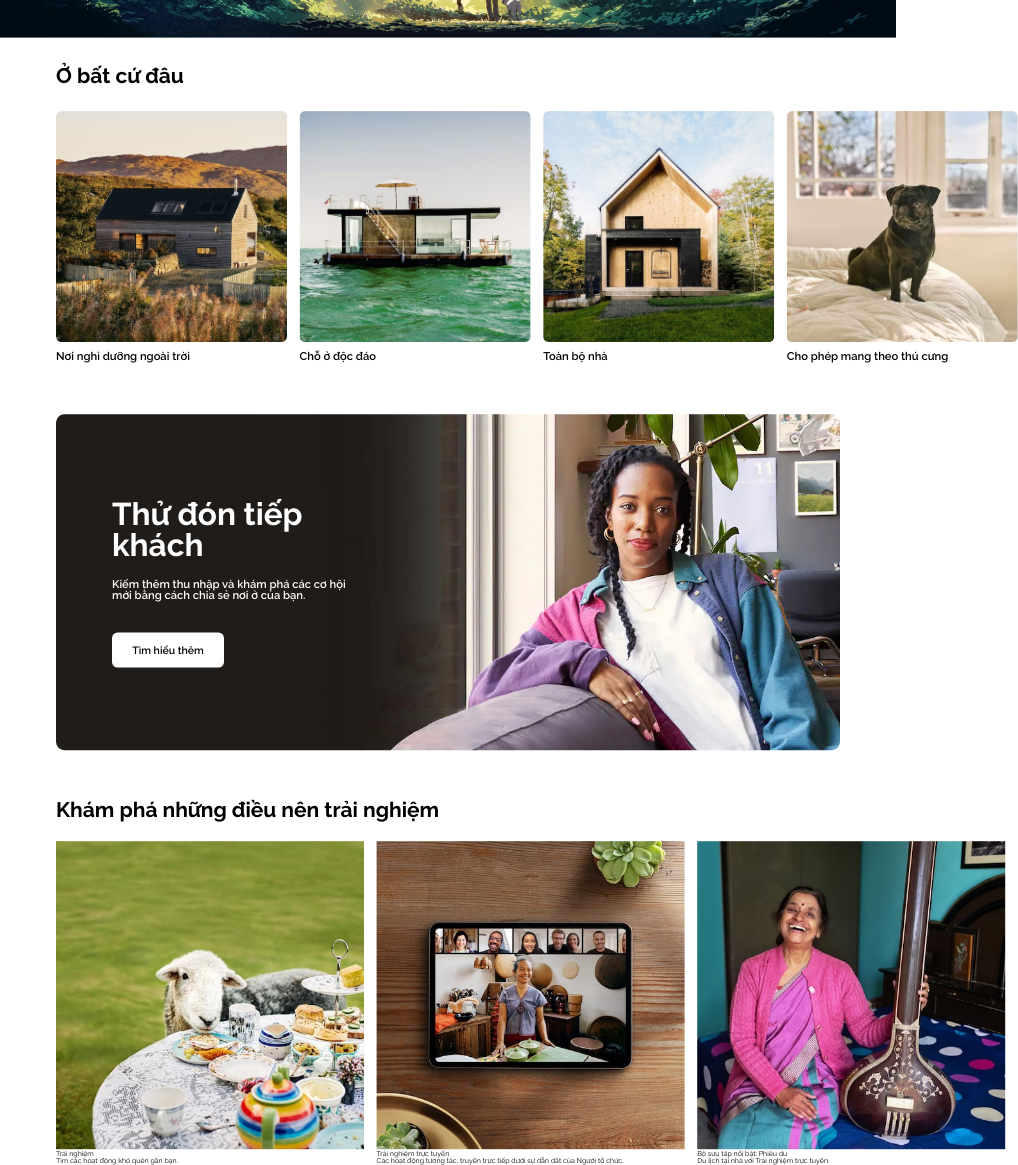
Repository: vanntrong/airbnb-clone
Page: index.html
These files come from the project's save history. The page is drawn as it stood at one moment and after the next save; the edit follows.
The browser window is 1280 px wide. The page is 1454 px wide, so the pictures cover 1454 px, including what lies to the right of the window. The pictures show the part of the page from y = 624 to 2304 px (the page is 2288 px tall before and 2304 px after), at 70% of full size.

Above is the page before, as saved 2021-09-22 19:33:56.

### index.html
<!DOCTYPE html>
<html lang="en">
  <head>
    <meta charset="UTF-8" />
    <meta http-equiv="X-UA-Compatible" content="IE=edge" />
    <meta name="viewport" content="width=device-width, initial-scale=1.0" />
    <title>AirBnB</title>
    <link href="https://fonts.googleapis.com/css2?family=Material+Icons" rel="stylesheet" />
    <link rel="preconnect" href="https://fonts.googleapis.com" />
    <link rel="preconnect" href="https://fonts.gstatic.com" crossorigin />
    <link rel="preconnect" href="https://fonts.googleapis.com" />
    <link rel="preconnect" href="https://fonts.gstatic.com" crossorigin />
    <link
      href="https://fonts.googleapis.com/css2?family=Raleway:wght@200;300;400;500;600;700&display=swap"
      rel="stylesheet"
    />
    <link href="https://fonts.googleapis.com/css2?family=Material+Icons+Outlined" rel="stylesheet" />
    <link href="https://fonts.googleapis.com/css2?family=Material+Icons+Round" rel="stylesheet" />
    <link href="https://fonts.googleapis.com/css2?family=Material+Icons+Sharp" rel="stylesheet" />
    <link href="https://fonts.googleapis.com/css2?family=Material+Icons+Two+Tone" rel="stylesheet" />
    <link rel="stylesheet" href="./assets/css/reset.css" />
    <link rel="stylesheet" href="./assets/css/base.css" />
    <link rel="stylesheet" href="./assets/css/style.css" />
  </head>
  <body>
    <header class="header">
      <div class="header__covid">
        <a href="https://covid19.gov.vn/">Nhận thông tin mới nhất về biện pháp ứng phó COVID-19 của chúng tôi</a>
      </div>
      <div class="header__container">
        <nav class="header__nav">
          <div class="header__logo">
            <a href="" class="header__logo-link">
              <img src="./assets/images/logo.png" alt="Logo AirBnb" class="header__logo-img" />
              <span class="header__logo-name">airbnb</span>
            </a>
          </div>
          <div class="header__exp">
            <ul class="header__exp-list">
              <li class="header__exp-item">
                <div class="header-exp-link active">Nơi ở</div>
              </li>
              <li class="header__exp-item">
                <div class="header-exp-link">Trải nghiệm</div>
              </li>
              <li class="header__exp-item">
                <div class="header-exp-link">Trải nghiệm trực tuyến</div>
              </li>
            </ul>
          </div>
          <div class="header__user">
            <div class="header__user-register">
              <span>Trở thành chủ nhà</span>
            </div>
            <div class="header__user-language">
              <span class="material-icons-outlined"> language </span>
            </div>
            <div class="header__user-menu">
              <span class="material-icons-outlined header__user-icon"> menu </span>
              <img src="./assets/images/user-avatar.png" class="header__user-avatar" />
            </div>
          </div>
        </nav>

        <div class="header__search">
          <div class="header__search-place">
            <h4 class="header__search-text">Địa điểm</h4>
            <input type="text" placeholder="Bạn sắp đi đâu ?" class="header__search-input" />
          </div>
          <div class="header__search-room">
            <h4 class="header__search-text">Nhận phòng</h4>
            <p class="header__add-date">Thêm ngày</p>
          </div>
          <div class="header__search-room">
            <h4 class="header__search-text">Trả phòng</h4>
            <p class="header__add-date">Thêm ngày</p>
          </div>
          <div class="header__search-guest">
            <div class="header__search-wrapper">
              <h4 class="header__search-text">Khách</h4>
              <p class="header__add-date">Thêm khách</p>
            </div>
            <div class="header-guest-search">
              <span class="material-icons-outlined"> search </span>
              <!-- <p class="header-guest-text">Tìm kiếm</p> -->
            </div>
          </div>
        </div>

        <div class="header__title">
          <h2 class="header__title-text">Bạn chưa biết nên đi đâu? Tuyệt!</h2>
          <div class="header__title-btn"><span>Tìm kiếm linh hoạt</span></div>
        </div>
      </div>
    </header>
    <div class="banner">
      <h2 class="banner__heading">Ở bất cứ đâu</h2>
      <div class="banner__container">
        <ul class="banner__list">
          <li class="banner__item">
            <img src="./assets/images/banner/banner1.png" class="banner__item-img" />
            <span class="banner__item-text">Nơi nghỉ dưỡng ngoài trời</span>
          </li>
          <li class="banner__item">
            <img src="./assets/images/banner/banner2.png" class="banner__item-img" />
            <span class="banner__item-text">Chỗ ở độc đáo</span>
          </li>
          <li class="banner__item">
            <img src="./assets/images/banner/banner3.png" class="banner__item-img" />
            <span class="banner__item-text">Toàn bộ nhà</span>
          </li>
          <li class="banner__item">
            <img src="./assets/images/banner/banner4.png" class="banner__item-img" />
            <span class="banner__item-text">Cho phép mang theo thú cưng</span>
          </li>
        </ul>
      </div>
    </div>
    <div class="container">
      <div class="container__top">
        <div class="container__top-title">
          <h2 class="container-title-heading">Thử đón tiếp khách</h2>
          <p class="container-title-text">
            Kiếm thêm thu nhập và khám phá các cơ hội mới bằng cách chia sẻ nơi ở của bạn.
          </p>
          <div class="container-title-btn"><span>Tìm hiểu thêm</span></div>
        </div>
      </div>
      <div class="container__bottom">
        <h2 class="container__bottom-heading">Khám phá những điều nên trải nghiệm</h2>
        <ul class="container__bottom-list">
          <li class="container__bottom-item">
            <img src="./assets/images/container/container__item-1.png" class="container__item-img" />
            <h4 class="container__item-heading">Trải nghiệm</h4>
            <p class="container__item-text">Tìm các hoạt động khó quên gần bạn.</p>
          </li>
          <li class="container__bottom-item">
            <img src="./assets/images/container/container__item-2.png" class="container__item-img" />
            <h4 class="container__item-heading">Trải nghiệm trực tuyến</h4>
            <p class="container__item-text">
              Các hoạt động tương tác, truyền trực tiếp dưới sự dẫn dắt của Người tổ chức.
            </p>
          </li>
          <li class="container__bottom-item">
            <img src="./assets/images/container/container__item-3.png" class="container__item-img" />
            <h4 class="container__item-heading">Bộ sưu tập nổi bật: Phiêu du</h4>
            <p class="container__item-text">Du lịch tại nhà với Trải nghiệm trực tuyến.</p>
          </li>
        </ul>
      </div>
    </div>
    <footer class="footer"></footer>
  </body>
</html>

### assets/css/base.css
html {
  font-family: "Raleway", sans-serif;
  font-size: 62.5%;
}
* {
  box-sizing: border-box;
}

:root {
  --text-color: #484848;
}

### assets/css/style.css
.header {
  width: 100%;
}

.header__covid {
  width: 100%;
  height: 58px;
  background-color: #222;
}

.header__covid a {
  display: inline-block;
  position: relative;
  left: 50%;
  top: 50%;
  transform: translate(-50%, -50%);
  color: #a3a3a3;
  font-size: 1.5rem;
  font-weight: 400;
}

.header__covid a:hover {
  color: #5c5c5c;
}

.header__container {
  width: 100%;
  background-image: url("../images/background.jpg");
  background-size: contain;
  height: 620px;
}

.header__nav {
  padding: 16px 80px;
  display: flex;
  align-items: flex-start;
  justify-content: space-between;
}

.header__logo {
}

.header__logo-link {
  text-decoration: none;
  color: #fff;
  font-size: 2.4rem;
  display: flex;
  align-items: center;
  font-weight: 600;
}

.header__logo-img {
  width: 40px;
  height: 46px;
  margin-right: 6px;
}

.header__exp {
  margin-top: 10px;
  margin-left: 175px;
}

.header__exp-list {
  display: flex;
  align-items: center;
}

.header-exp-link {
  color: #fff;
  font-size: 1.6rem;
  font-weight: 400;
  margin: 0 12px;
  position: relative;
  cursor: pointer;
}

.header-exp-link::after {
  content: "";
  position: absolute;
  width: 18px;
  height: 2px;
  bottom: -13px;
  left: 50%;
  transform: translateX(-50%);
  background-color: #fff;
  display: none;
}

.header-exp-link:hover {
  display: block;
  opacity: 0.6;
}

.header-exp-link:hover::after {
  display: block;
}

.header-exp-link.active::after {
  display: block;
  opacity: unset;
}

.active:hover {
  opacity: unset;
  cursor: default;
}

.header__user {
  display: flex;
  align-items: center;
}

.header__user-register {
  font-size: 1.4rem;
  font-weight: 600;
  padding: 16px;
  border-radius: 35px;
  margin-right: 10px;
  color: #fff;
}

.header__user-register:hover {
  background: rgba(238, 238, 238, 0.2);
  cursor: pointer;
}

.header__user-language {
  color: #fff;
  padding: 16px;
  margin: 0 12px 0 -14px;
  border-radius: 35px;
}

.header__user-language:hover {
  background: rgba(238, 238, 238, 0.2);
  cursor: pointer;
}

.header__user-language span {
  font-size: 2rem;
}

.header__user-menu {
  display: flex;
  align-items: center;
  padding: 4px;
  background-color: #fff;
  border-radius: 25px;
  cursor: pointer;
  border: 1px solid rgba(221, 221, 221, 0.8);
}

.header__user-icon {
  padding: 4px 6px 4px 10px;
}

.header__user-avatar {
  width: 32px;
}

.header__search {
  display: flex;
  align-items: center;
  justify-content: space-between;
  max-width: 850px;
  margin: auto;
  background-color: #fff;
  border-radius: 35px;
  /* box-shadow: 0 2px 2px #d0d0b7; */
}

.header__search-place {
  flex-grow: 2;
  padding: 16px 24px;
  height: 100%;
  position: relative;
}

.header__search-place::after {
  content: "";
  width: 0.5px;
  height: 50%;
  position: absolute;
  background-color: #ddd;
  top: 50%;
  transform: translateY(-50%);
  right: 0;
  display: block;
}

.header__search-place:hover {
  background-color: #eee;
  border-radius: 40px;
  cursor: pointer;
}

.header__search-place:hover::after {
  display: none;
}

.header__search-text {
  font-size: 1.2rem;
  font-weight: 700;
  margin-bottom: 6px;
}

.header__search-input {
  width: 100%;
  border: none;
  background-color: transparent;
  font-size: 1.4rem;
  outline: none;
}

.header__search-room {
  flex-grow: 1;
  height: 100%;
  padding: 16px 24px;
  position: relative;
}

.header__search-room::after {
  content: "";
  position: absolute;
  background-color: #ddd;
  width: 1px;
  height: 50%;
  top: 50%;
  right: 0;
  transform: translateY(-50%);
  display: block;
}

.header__search-room:hover {
  background-color: #eee;
  border-radius: 40px;
  cursor: pointer;
}

.header__search-room:hover::after {
  display: none;
}

.header__add-date {
  font-size: 1.3rem;
  color: var(--text-color);
}

.header__search-guest {
  height: 100%;
  flex-grow: 1;
  display: flex;
  justify-content: space-between;
  align-items: center;
}

.header__search-guest:hover {
  background-color: #eee;
  border-radius: 40px;
  cursor: pointer;
}

.header__search-wrapper {
  padding: 16px 24px;
}

.header-guest-search {
  background-color: #ff385c;
  color: #fff;
  width: 48px;
  height: 48px;
  border-radius: 40px;
  padding: 16px 24px;
  margin-right: 8px;
}

.header-guest-search span {
  display: inline-block;
  position: relative;
  left: 50%;
  top: 50%;
  transform: translate(-50%, -50%);
}

.header__title {
  margin-top: 185px;
  position: relative;
  left: 50%;
  transform: translateX(-50%);
  display: inline-block;
  cursor: pointer;
}
.header__title-text {
  font-size: 1.8rem;
  font-weight: 600;
}
.header__title-btn {
  margin-top: 20px;
  text-align: center;
  width: 100%;
  height: 60px;
  background-color: #fff;
  border-radius: 40px;
  box-shadow: 4px 4px 10px rgb(0 0 0 / 10%);
  display: flex;
  align-items: center;
  justify-content: center;
}
.header__title-btn span {
  display: block;
  font-size: 1.8rem;
  font-weight: 700;
  background-image: linear-gradient(0.25turn, #70019c, #ad0186);
  /* fill color text */
  background-clip: text;
  -webkit-background-clip: text;
  -webkit-text-fill-color: transparent;
}

.banner {
  margin-top: 40px;
  padding: 0 80px;
}

.banner__heading {
  margin-bottom: 35px;
  font-size: 3rem;
  font-weight: 700;
}

.banner__list {
  display: flex;
  align-items: center;
  justify-content: space-between;
}

.banner__item {
  margin-right: 18px;
  cursor: pointer;
}

.banner__item-img {
  width: 330px;
  border-radius: 8px;
}

.banner__item-text {
  margin-top: 10px;
  display: block;
  font-size: 1.6rem;
  font-weight: 600;
}

.container {
  padding: 0 80px;
}

.container__top {
  margin-top: 75px;
  height: 480px;
  background: url("../images/container/container__background.png");
  background-size: cover;
  background-repeat: no-repeat;
  border-radius: 12px;
  overflow: hidden;
}

.container__top-title {
  width: 365px;
  height: 245px;
  margin-top: 120px;
  margin-left: 80px;
  color: #fff;
}

.container-title-heading {
  font-size: 4.5rem;
  font-weight: 700;
  margin-bottom: 25px;
}

.container-title-text {
  font-size: 1.6rem;
  font-weight: 600;
}

.container-title-btn {
  margin-top: 45px;
  width: 160px;
  height: 50px;
  text-align: center;
  background-color: #fff;
  color: #000;
  display: flex;
  align-items: center;
  justify-content: center;
  font-size: 1.5rem;
  font-weight: 600;
  border-radius: 8px;
}

.container__bottom {
  margin-top: 70px;
}

.container__bottom-heading {
  font-size: 3rem;
  font-weight: 700;
  margin-bottom: 30px;
}

.container__bottom-list {
  display: flex;
  align-items: center;
}

.container__bottom-item {
  margin-right: 18px;
}

.container__item-img {
  width: 440px;
}

Loaded but not shown: assets/css/reset.css (common file)

After the next save:
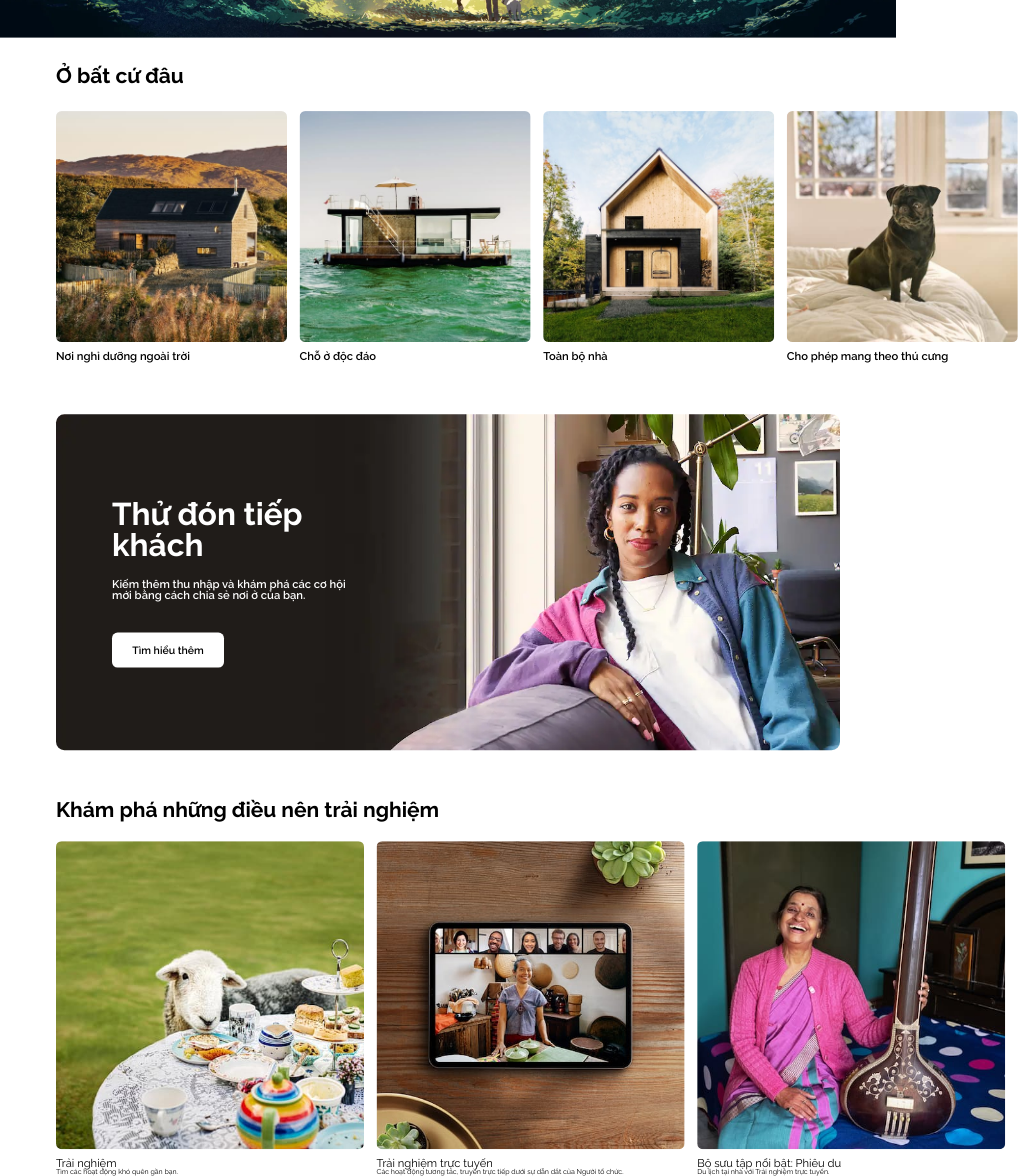
Saved 61 s later.
--- a/assets/css/style.css
+++ b/assets/css/style.css
@@ -420,4 +420,10 @@
 
 .container__item-img {
   width: 440px;
-}
+  border-radius: 8px;
+}
+
+.container__item-heading {
+  margin-top: 10px;
+  font-size: 1.6rem;
+}
